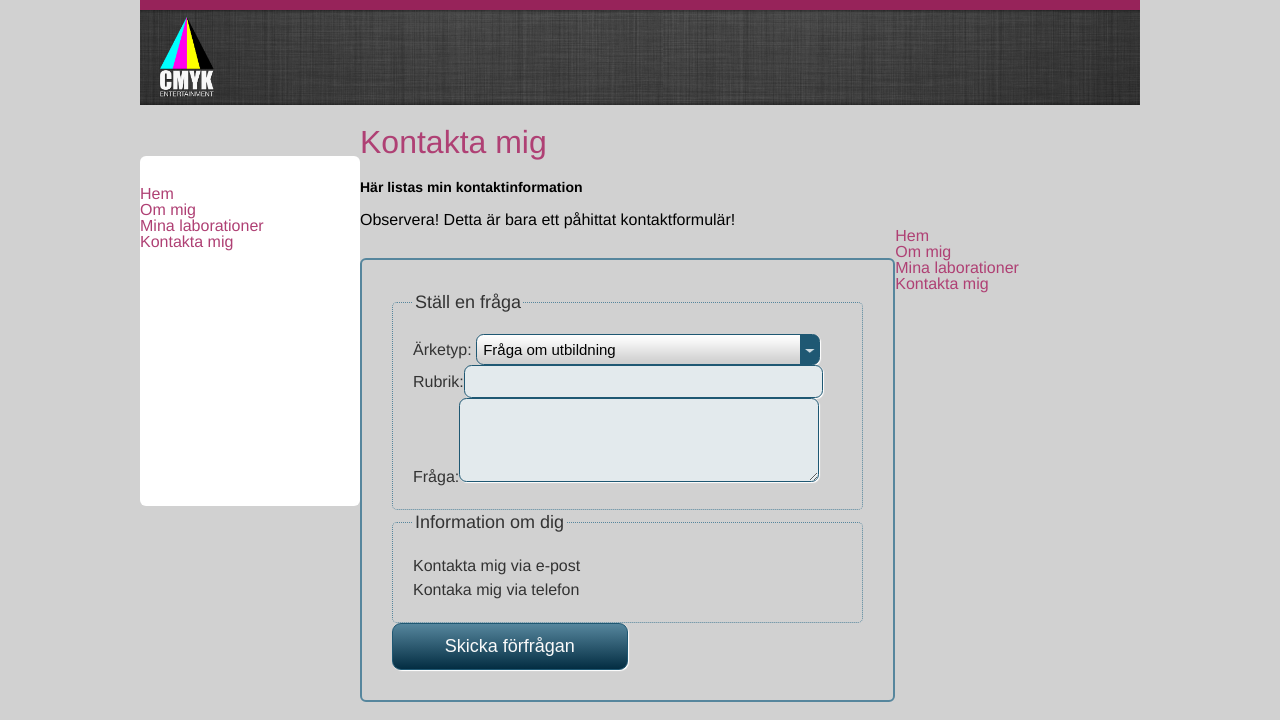
Repository: Holmewi/1ik415-jh222qr-laborationer
Page: pages/kontakt.html
The author's editor kept a record of every edit. The page is drawn from the files as they stood at one moment, then again after the next edit.
The browser window is 1280 px wide. The pictures show the whole page.

Above is the page before.

### pages/kontakt.html
<!DOCTYPE HTML>
<html lang="sv">
    <head>
        <meta charset="utf-8">
        <title>Kontakta mig - Här listas min kontaktinformation</title>
        <link rel="stylesheet" media="all" href="../css/style.css" />
    </head>
    <body>
        <div id="wrapper"> <!-- fick felmeddelande när jag använde taggen container -->
            <header>
                <div id="headerTop">

                </div>
                <div id="headerBottom">
                    <img src="../pics/logo.png" alt="min logotyp" class="logotyp">
                </div>
            </header>

            <nav class="borderRadius">
                <ul>
                    <li><a href="../index.html">Hem</a></li>
                    <li><a href="presentation.html">Om mig</a></li>
                    <li><a href="laborationer.html">Mina laborationer</a></li>
                    <li><a href="kontakt.html">Kontakta mig</a></li>
                </ul>
            </nav>

            <content class="borderRadius">
                <div id="contentTop">
                    <h1>Kontakta mig</h1>
                    <h4>Här listas min kontaktinformation</h4>
                </div>
                <p>Observera! Detta är bara ett påhittat kontaktformulär!</p>

                <a id="kontaktform"></a>
                <form id="input" action="http://voyager.lnu.se/tekinet/kurser/dtt/wp_webbintro/form.php" method="post">
                    <fieldset>
                        <legend>Ställ en fråga</legend>

                        Ärketyp:
                        <select>
                            <option value="utbildning">Fråga om utbildning</option>
                            <option value="kurs">Fråga om kurs</option>
                            <option value="hyra">Fråga om anställning</option>
                            <option value="webbplatsen">Fråga om webbplatsen</option>
                            <option value="privat">Ställ en privat fråga</option>
                        </select>
                        <br>
                        Rubrik:<input type="text" id="header"/>
                        <br>
                        Fråga:<textarea id="question" rows="4" cols="39"></textarea>
                    </fieldset>

                    <fieldset>
                        <legend>Information om dig</legend>
                        <input type="checkbox" id="e-post"/>Kontakta mig via e-post<br>
                        <input type="checkbox" id="telefon"/>Kontaka mig via telefon<br>
                    </fieldset>
                    <input type="Submit" value="Skicka förfrågan">
                </form>
             </div>
             <footer>
                <ul>
                    <li><a href="index.html">Hem</a></li>
                    <li><a href="pages/presentation.html">Om mig</a></li>
                    <li><a href="pages/laborationer.html">Mina laborationer</a></li>
                    <li><a href="pages/kontakt.html">Kontakta mig</a></li>
                </ul>
             </footer>
        </div>
    </body>
</html>

### css/style.css
@charset "UTF-8";
/* CSS Document */
/* http://meyerweb.com/eric/tools/css/reset/
   v2.0 | 20110126
   License: none (public domain)
*/

/*
	Main #97235A (Pink)
		Light main #D06C9B #AF4074
		Dark main #7B0E42 #58002A
	Secondary #1F5873 (Blue)
		Light aside #e3eaed #346B85
		Dark aside #0F445D #032D42
	Filler #B59D2A (Mustard)
		Light header #F9E482 #D2BB4C
		Dark header #947D11 #695700
	Text links #7B0E42
	Dark text #1D1D1D
	Light text #FAFAFA
	Footer #2A2A2A
*/

html, body, div, span, applet, object, iframe,
/* h1, h2, h3, h4, h5, h6, */ p, blockquote, pre,
a, abbr, acronym, address, big, cite, code,
del, dfn, em, img, ins, kbd, q, s, samp,
small, strike, strong, sub, sup, tt, var,
b, u, i, center,
dl, dt, dd, ol, ul, li,
/*fieldset, form, label, legend,*/
table, caption, tbody, tfoot, thead, tr, th, td,
article, aside, canvas, details, embed,
figure, figcaption, footer, header, hgroup,
menu, nav, output, ruby, section, summary,
time, mark, audio, video {
	margin: 0;
	padding: 0;
	border: 0;
	font-size: 100%;
	font-style: inherit;
    font-family: "Mundo Sans W01 Medium",Helvetica,sans-serif;
	vertical-align: baseline;
}
/* HTML5 display-role reset for older browsers */
article, aside, details, figcaption, figure,
footer, header, hgroup, main, menu, nav, section, container {
	display: block;
}

html {
    	overflow-y:scroll;     /* Fixar marginalen på sidor som inte har scroll */
}

body {
    background-color:#d1d1d1;
	line-height: 1;
}

    ul {
    	list-style: none;
    }

    blockquote, q {
    	quotes: none;
    }

    blockquote:before, blockquote:after,
    q:before, q:after {
    	content: '';
    	content: none;
    }

    table {
    	border-collapse: collapse;
    	border-spacing: 0;
    }



#wrapper {
	margin-left: auto;
	margin-right: auto;
    max-width: 1000px;
    height: 100%;
}

    header #top {
        width: 1000px;
    }

    header .asideheader {

    }

        #headerTop {
            width: 1000px;
            min-height: 10px;
        	background-color: #97235A;
        }

        #headerBottom {
            width: 1000px;
            min-height: 95px;
        	background-image:url(pics/header_bg.png);
        	background-color: #D06C9B;
        }

        #divTextlogo {
            margin: 30px 0px 0px 30px;
            float: left;
        	font-weight:100;
        	font-size:30px;
            color: #FAFAFA;
        }

/* HEADMENU */

    nav {
        width: 220px;
        min-height: 300px;
        padding-top: 30px;
        padding-bottom: 20px;
        margin: 30px 0px 25px 0px;
        float: left;
        background-color: #FFF;
    }

        #headmenu ul {
            margin: 0;
            padding: 0;
            list-style-type: none;
            font-size: 18px;
        }

        #headmenu ul li{float:left; width:100%;}

        #headmenu ul li a {
            display: block;
            background: #d9d9d9;
            /*width: 220px;*/
            text-decoration: none;
            padding: 15px 0px 15px 20px;
            margin: 1px 0px 0px 0px;
            border-left: 10px solid #97235A;
            color: #333333;

        }

            #headmenu ul li a:hover {
                border-left-color: #56869D;
                color: #56869D;
                background: #c4c4c4;
            }

            #headmenu ul li a:active {
                border-left-color: #1F5873;
                color: #1F5873;
                background: #c4c4c4;
            }

            #headmenu .active {
                border-left-color: #1F5873;
                color: #333333;
                background: #c4c4c4;
            }

            #headmenu a {
                background-image:url(pics/sprite.png);
            }

            #headmenu #homepage:hover {
                background-image:url(pics/sprite.png);
                background-repeat: no-repeat;
                background-position: 175px 12px;
            }


            #headmenu #homepage {
                background-image:url(pics/sprite.png);
                background-repeat: no-repeat;
                background-position: 175px -36px;
            }

            #headmenu #aboutpage:hover {
                background-image:url(pics/sprite.png);
                background-repeat: no-repeat;
                background-position: 175px -180px;
            }

            #headmenu #aboutpage {
                background-image:url(pics/sprite.png);
                background-repeat: no-repeat;
                background-position: 175px -228px;
            }

            #headmenu #labpage:hover {
                background-image:url(pics/sprite.png);
                background-repeat: no-repeat;
                background-position: 175px -84px;
            }

            #headmenu #labpage {
                background-image:url(pics/sprite.png);
                background-repeat: no-repeat;
                background-position: 175px -132px;
            }

            #headmenu #contactpage:hover {
                background-image:url(pics/sprite.png);
                background-repeat: no-repeat;
                background-position: 175px -276px;
            }

            #headmenu #contactpage {
                background-image:url(pics/sprite.png);
                background-repeat: no-repeat;
                background-position: 175px -324px;
            }

/* ASIDE */

    #sidefield {
        font-size: 14px;
        float: right;
        height: auto;
        max-width: 170px;
        width: 100%;
        padding: 30px;
        margin: 30px 0px 30px 0px;
        /* total width 730 */
        background-color: #FFF;
    }

    #sidefield p {
        padding-top: 5px;
    }

/* MAIN CONTENT */

    main {
        width: 670px;
        float: left;
        padding: 30px;
        margin: 30px 0px 30px 20px;
        /* total width 730 */
        background-color: #FFF;
    }

    #contenthome {
        width: 450px;
    }

        #mainheader {
            width: 100%;
            float: left;
            height: auto;
            margin: 0px 0px 20px 0px;
            border-style: double;
            border-color: #D9D9D9;
            border-width: 0px 0px 4px 0px;
        }

            #mainheader h4 {
                margin-top: -10px;
            }

                #home .blogg {
                    max-width: 470px;
                    clear: none;
                }

                .blogg {
                    float: left;
                    max-width: 100%;
                    height: 100%;
                	padding: 0px 0px 40px 0px;
                	margin: 0px 0px 40px 0px;
                    border-style: dotted;
                    border-color: #D9D9D9;
                    border-width: 0px 0px 1px 0px;
                    clear: both;
                }

                    #hcard-Joakim-Torbjorn-Holmevi {

                    }

                    .blogg p {
                	padding-bottom: 20px;
                    }

                    .bloggContent {
                        height: auto;
                    	padding-bottom: 20px;
                    }

                    .bloggInfo {
                        padding-top: 10px;
                        padding-bottom: 10px;
                        border-style: dotted;
                        border-color: #D9D9D9;
                        border-width: 1px 0px 0px 0px;
                        clear: both;
                    }

                    .bloggInfo p, .bloggInfo a {
                    	font-size: 12px;
                        display: inline;
                    }

                    .comments {
                        width: 90%;
                        float: left;
                        background-color: #F1F1F1;
                        padding: 0px 20px 0px 20px;
                        border-style: solid;
                        border-color: #D9D9D9;
                        border-width: 0px 0px 5px 0px;
                    }

                    .comment {
                        display: inline-block;
                        line-height: 2px;
                    	font-size: 12px;
                        width: 90%;
                    }

                    .commentlink {
                        display: inline-block;
                    	font-size: 12px;
                        width: 100%;
                    }



/* FOOTER */

    #bottom {
        max-width: 1000px;
        height: 173px;
        /* total width 1000 */
        /* total height 253 */
        background-color: #2A2A2A;
        border-style: solid;
        border-color: #97235A;
        border-width: 10px 0px 0px 0px;
        clear: both;
        background-image:url(pics/footer_bg.png);
    }

        #footerNav {
            padding-top: 30px;
            width: 440px;
            margin: auto;
        }



/* HEADERS, LISTS AND TEXT */

    h1 {
        font-size: 32px;
    	font-weight: 400;
    	color: #AF4074;
    }

    h2 {
        font-size: 24px;
    }

    h3 {
        font-size: 18px;
    }

    h4 {
        font-size: 14px;
    }

    .bloggContent H2 {
        padding-left: 30px;
        padding-bottom: 14px;
        background-image:url(pics/blogicon.png);
        background-repeat: no-repeat;
        background-size: 23px 23px;
    }

    .ingress {
    	font-weight: 800;
    	padding-bottom: 20px;
    }

/* IMAGES AND VIDEOS */

    .bloggVideo {
        max-width: 450px;
        padding: 7px 0px 0px 0px;
    }

    .logotyp {
        max-height: 80px;
        padding: 7px 0px 0px 20px;
    }

    .profilbild {
        padding: 0px 20px 10px 0px;
        float: left;
        max-width: 140px;
    }

    .bloggbild {
        max-width: 450px;
        padding: 0px 0px 20px 0px;
    }

    .bloggBild_right {
        max-width: 220px;
        padding: 0px 0px 10px 15px;
    }

    .bloggBild_left {
        max-width: 220px;
        padding: 0px 15px 10px 0px;
    }



/* GENERAL CLASSES */

    .borderRadius {
    	-webkit-border-radius: 6px;
    	-moz-border-radius: 6px;
    	border-radius: 6px;
    }



    .displayinline {
        display: inline;
    }

    .blogg table {
        width: 600px;
    }

    .blogg table, .blogg tr, .blogg th, .blogg td {
        padding: 5px;
    	border: solid 1px;
    	border-color: #455;
    }

    .labList dd, .labList ol {
    	margin-left: 35px;
    }

    .labList li, .labList dt, .labList dd, .labList p {
    	font-size: 16px;
    }

    .labList a, .labList dt, .labList dd, .labList ul {
    	font-size: 14px;
    }

    .labList dt, .labList dd, .labList li, .labList dt, .labList dd, .labList p {
    	padding-bottom: 5px;
    }

    .floatleft {
    	float: left;
    }

    .floatright {
    	float: right;
    }

    .clearboth {
    	clear: both;
    }

    .rightalign {
        text-align: right;
    }

/* LINKS */

    a:link {
        color:#AF4074;
        text-decoration:none;
    }
    a:visited {
        color:#AF4074;
        text-decoration:none;
    }
    a:hover {
        color:#56869D;
        text-decoration:underline;
    }
    a:active {
        color:#56869D;
        text-decoration:underline;
    }

    #bottom a:link { color:#FFF;  }
    #bottom a:visited { color:#FFF;  }
    #bottom a:hover { color:#FFF;  }
    #bottom a:active { color:#FFF;  }

    #bottom li {
    	font-size: 18px;
    	margin-right: 20px;
    	display:inline;
    }






/* FORM */
/*
Hittade lite nyttig hjälp på mozilla developer för att ändra utseendet på checkboxarna
Källa: https://developer.mozilla.org/en-US/docs/Web/Guide/HTML/Forms/Advanced_styling_for_HTML_forms
*/

    .form {

        height: auto;
    	margin: 0px;
    }

        form {
            float: left;
            line-height: 24px;
            color: #333333;
            border: 2px solid #56869D;
            border-radius: 6px;
            -webkit-border-radius: 6px;
            -moz-border-radius: 6px;
            margin: 30px 0px 0px 0px;
            padding: 30px;
            display: inline-block;
        }

            #observe {
                clear: both;
                padding-top: 20px;
                margin-top: 20px;
            }

            fieldset {
                border : 1px dotted #56869D;
                border-radius: 5px;
                margin : 0;
                padding: 20px;
            }

                #set_form p {
                    padding-top: 12px;
                }

                #contact_info {
                    margin-top: 20px;
                    margin-bottom: 30px;
                }

                legend {
                    font-size: 18px;
                }

                label {
                  cursor: pointer;
                }

                form p {
                  margin: 0;
                }

                form p+p {
                  margin: .5em 0 0;
                }

                input[type=text], input[type=submit], textarea, select {
                    -webkit-appearance: none;     /* Tar bort standardutseendet på elementen */
                }


                select {
                    border: 1px solid #1F5873;
                    padding: 6px;
                    font-size: 15px;
                    line-height: 17px;
                    width: 80%;
                    background: -webkit-gradient(linear, left top, left bottom, from(#fff), to(#ccc));
                    -webkit-appearance: none;
                    -webkit-box-shadow: 1px 1px 1px #fff;
                    -webkit-border-radius: 0.5em;
                }

                /* original check box are push outside the viexport */
                :root input[type=checkbox] {
                    position: absolute;
                    left: -1000em;
                }

                :root input[type=checkbox] + label:before {
                    content: "";
                    display: inline-block;
                    width  : 19px;
                    height : 19px;
                    margin : 0 .5em 0 0;
                    background: url("pics/checkbox_sprite2.png") no-repeat 0 0;

                    /* The following is used to adjust the position of
                    the check boxes on the text baseline */

                    vertical-align: bottom;
                    position: relative;
                    bottom: 2px;
                }

                :root input[type=checkbox]:checked + label:before {
                    background-position: 0 -19px;
                }

                :root input[type=checkbox]:disabled + label:before {
                    background-position: 0 -38px;
                }

                :root input[type=checkbox]:checked:disabled + label:before {
                    background-position: 0 -57px;
                }

                :root input[type=checkbox]:focus {
                    outline: 1px dotted black;
                }

                select {
                    background: url("pics/form_list_bg.png") no-repeat right;
                    background-size: auto 32px;
                }

                input[type=text], textarea {
                    border: 1px solid #1F5873;
                    padding: 7px;
                    font-size: 15px;
                    line-height: 17px;
                    width: 80%;
                    background-color: #e3eaed;
                    -webkit-appearance: none;
                    -webkit-box-shadow: 1px 1px 1px #fff;
                    -webkit-border-radius: 0.5em;
                 }

                input[type=submit] {
                    border: 1px solid #1F5873;
                    padding: 14px;
                    font-size: 18px;
                    line-height: 17px;
                    width: 50%;
                    color: #FAFAFA;
                    background: -webkit-gradient(linear, left top, left bottom, from(#56869D), to(#032D42));
                    -webkit-appearance: none;
                    -webkit-box-shadow: 1px 1px 1px #fff;
                    -webkit-border-radius: 0.5em;
                 }

After the next edit:
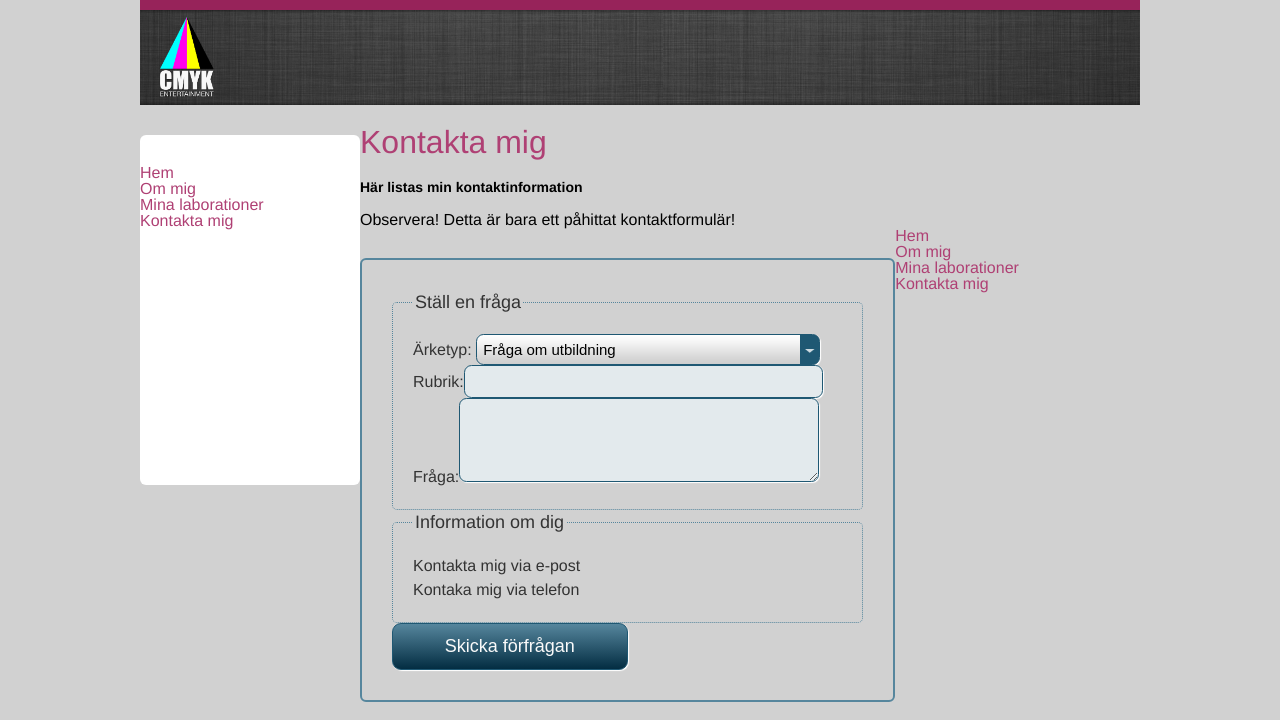
The edit:
--- a/pages/kontakt.html
+++ b/pages/kontakt.html
@@ -25,7 +25,7 @@
                 </ul>
             </nav>
 
-            <content class="borderRadius">
+            <div id="content" class="borderRadius">
                 <div id="contentTop">
                     <h1>Kontakta mig</h1>
                     <h4>Här listas min kontaktinformation</h4>
